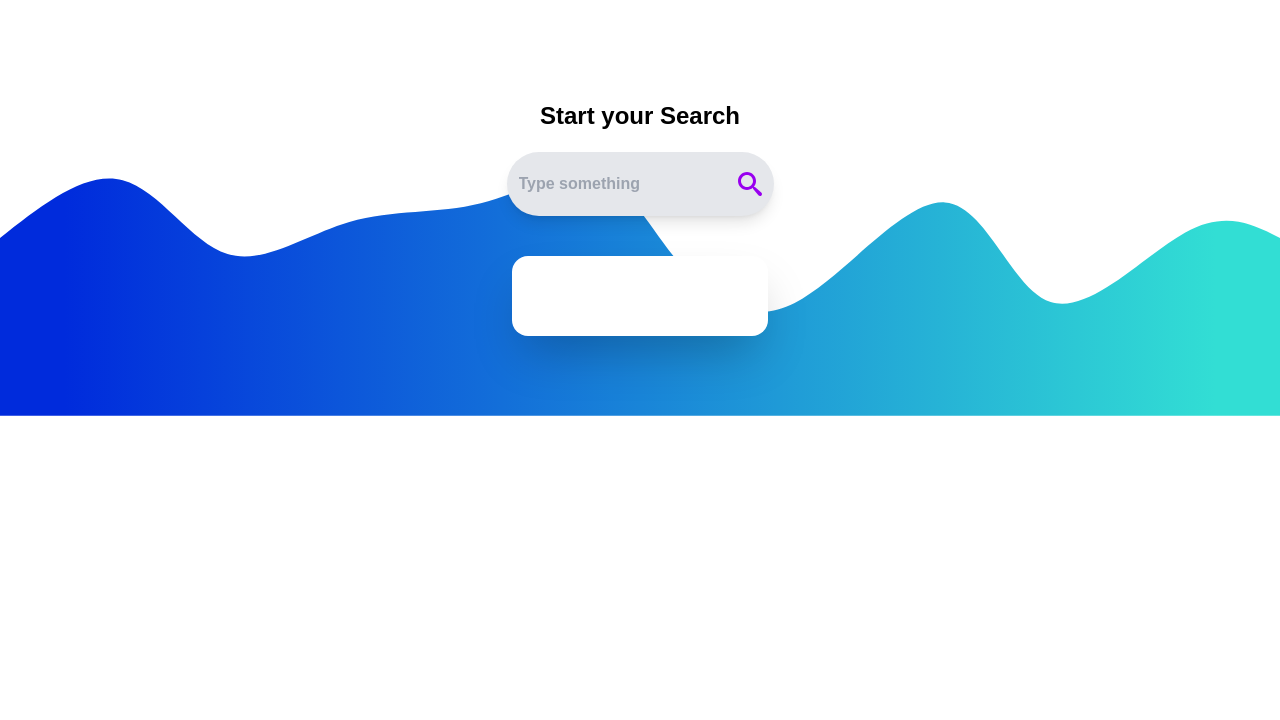
Repository: evergreenx/dictionary-octo
Page: /
These files come from the project's save history. The page is drawn as it stood at one moment and after the next save; the edit follows.
The browser window is 1280 px wide. The pictures show the whole page.
The page's requests for data from a server got no answer. The project was rebuilt for these pictures with package versions that can differ from the ones it lists, and the page was loaded fresh each time. The framework's server and built-in components were replaced by stand-ins that run in the browser. No one was signed in, and anything a server would have sent is missing. Also part of the build but not shown: next.config.js.

Above is the page before, as saved 2022-04-30 16:01:41.

After the next save:
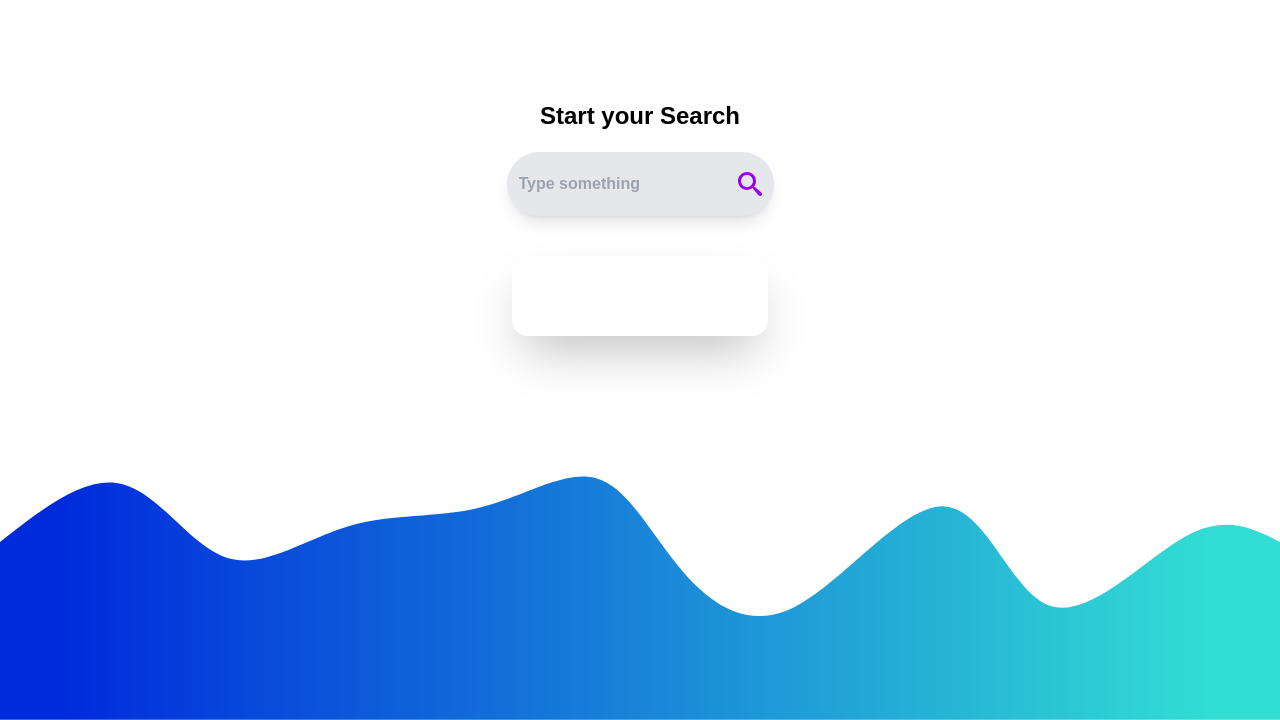
Saved 12 s later.
--- a/styles/globals.css
+++ b/styles/globals.css
@@ -16,7 +16,7 @@ body {
   background-size: contain;
   background-position: bottom;
 
-  /* height: 100vh; */
+  height: 100vh;
   font-family: "Quicksand", sans-serif;
 }
 
